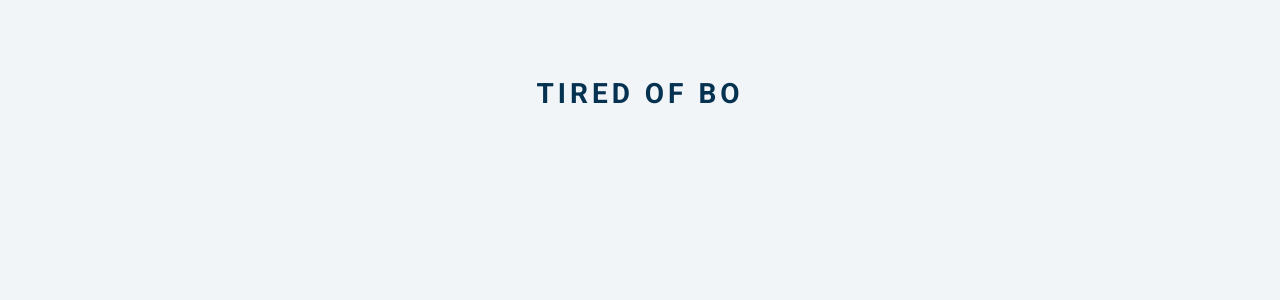
Repository: spidero7/Lorem-Ipsum-Generator
Page: index.html
An editor plug-in stored every save of this project. The page is shown before and after the next save, followed by the edit.
The browser window is 1280 px wide. The pictures show the whole page.

Above is the page before, as saved 2021-10-21 07:08:35.

### index.html
<!DOCTYPE html>
<html lang="en">
  <head>
    <meta charset="UTF-8" />
    <meta name="viewport" content="width=device-width, initial-scale=1.0" />
    <title>Lorem Ipsum</title>

    <!-- styles -->
    <link rel="stylesheet" href="styles.css" />
  </head>
  <body>
    <section class="section-center">
      <h3>tired of bo</h3>
    </section>
    <!-- javascript -->
    <script src="app.js"></script>
  </body>
</html>

### styles.css
/*
===============
Fonts
===============
*/
@import url("https://fonts.googleapis.com/css?family=Open+Sans|Roboto:400,700&display=swap");

/*
===============
Variables
===============
*/

:root {
  /* dark shades of primary color*/
  --clr-primary-1: hsl(205, 86%, 17%);
  --clr-primary-2: hsl(205, 77%, 27%);
  --clr-primary-3: hsl(205, 72%, 37%);
  --clr-primary-4: hsl(205, 63%, 48%);
  /* primary/main color */
  --clr-primary-5: #49a6e9;
  /* lighter shades of primary color */
  --clr-primary-6: hsl(205, 89%, 70%);
  --clr-primary-7: hsl(205, 90%, 76%);
  --clr-primary-8: hsl(205, 86%, 81%);
  --clr-primary-9: hsl(205, 90%, 88%);
  --clr-primary-10: hsl(205, 100%, 96%);
  /* darkest grey - used for headings */
  --clr-grey-1: hsl(209, 61%, 16%);
  --clr-grey-2: hsl(211, 39%, 23%);
  --clr-grey-3: hsl(209, 34%, 30%);
  --clr-grey-4: hsl(209, 28%, 39%);
  /* grey used for paragraphs */
  --clr-grey-5: hsl(210, 22%, 49%);
  --clr-grey-6: hsl(209, 23%, 60%);
  --clr-grey-7: hsl(211, 27%, 70%);
  --clr-grey-8: hsl(210, 31%, 80%);
  --clr-grey-9: hsl(212, 33%, 89%);
  --clr-grey-10: hsl(210, 36%, 96%);
  --clr-white: #fff;
  --clr-red-dark: hsl(360, 67%, 44%);
  --clr-red-light: hsl(360, 71%, 66%);
  --clr-green-dark: hsl(125, 67%, 44%);
  --clr-green-light: hsl(125, 71%, 66%);
  --clr-black: #222;
  --ff-primary: "Roboto", sans-serif;
  --ff-secondary: "Open Sans", sans-serif;
  --transition: all 0.3s linear;
  --spacing: 0.25rem;
  --radius: 0.5rem;
  --light-shadow: 0 5px 15px rgba(0, 0, 0, 0.1);
  --dark-shadow: 0 5px 15px rgba(0, 0, 0, 0.2);
  --max-width: 1170px;
  --fixed-width: 620px;
}
/*
===============
Global Styles
===============
*/

*,
::after,
::before {
  margin: 0;
  padding: 0;
  box-sizing: border-box;
}
body {
  font-family: var(--ff-secondary);
  background: var(--clr-grey-10);
  color: var(--clr-grey-1);
  line-height: 1.5;
  font-size: 0.875rem;
}
ul {
  list-style-type: none;
}
a {
  text-decoration: none;
}
img:not(.logo) {
  width: 100%;
}
img {
  display: block;
}

h1,
h2,
h3,
h4 {
  letter-spacing: var(--spacing);
  text-transform: capitalize;
  line-height: 1.25;
  margin-bottom: 0.75rem;
  font-family: var(--ff-primary);
}
h1 {
  font-size: 3rem;
}
h2 {
  font-size: 2rem;
}
h3 {
  font-size: 1.25rem;
}
h4 {
  font-size: 0.875rem;
}
p {
  margin-bottom: 1.25rem;
  color: var(--clr-grey-5);
}
@media screen and (min-width: 800px) {
  h1 {
    font-size: 4rem;
  }
  h2 {
    font-size: 2.5rem;
  }
  h3 {
    font-size: 1.75rem;
  }
  h4 {
    font-size: 1rem;
  }
  body {
    font-size: 1rem;
  }
  h1,
  h2,
  h3,
  h4 {
    line-height: 1;
  }
}
/*  global classes */

.btn {
  text-transform: uppercase;
  background: var(--clr-primary-5);
  color: var(--clr-primary-1);
  padding: 0.375rem 0.75rem;
  letter-spacing: 1px;
  display: inline-block;
  transition: var(--transition);
  font-size: 0.875rem;
  border: 2px solid var(--clr-primary-5);
  cursor: pointer;
  box-shadow: 0 1px 3px rgba(0, 0, 0, 0.2);
  border-radius: var(--radius);
}
.btn:hover {
  color: var(--clr-primary-5);
  background: var(--clr-primary-8);
  border-color: var(--clr-primary-8);
}
/* section */
.section {
  padding: 5rem 0;
}

.section-center {
  width: 90vw;
  margin: 0 auto;
  max-width: 40rem;
  margin-top: 5rem;
  text-align: center;
}
@media screen and (min-width: 992px) {
  .section-center {
    width: 95vw;
  }
}
main {
  min-height: 100vh;
  display: grid;
  place-items: center;
}
/*
===============
Lorem Ipsum
===============
*/
h3 {
  text-transform: uppercase;
  color: var(--clr-primary-1);
}
.lorem-form {
  text-transform: capitalize;
  letter-spacing: var(--spacing);
  margin-top: 2rem;
  margin-bottom: 4rem;
  display: flex;
  justify-content: center;
  align-items: center;
}
label {
  font-size: 1.25rem;
  color: var(--clr-primary-1);
}
input {
  padding: 0.25rem 0.5rem;

  width: 4rem;
  border-radius: var(--radius);
  border: none;
  margin: 0 0.5rem;
  font-size: 1.25rem;
}
button {
  background: var(--clr-primary-10);
}
.result {
  margin-bottom: 2rem;
}

Loaded but not shown: app.js (library)

After the next save:
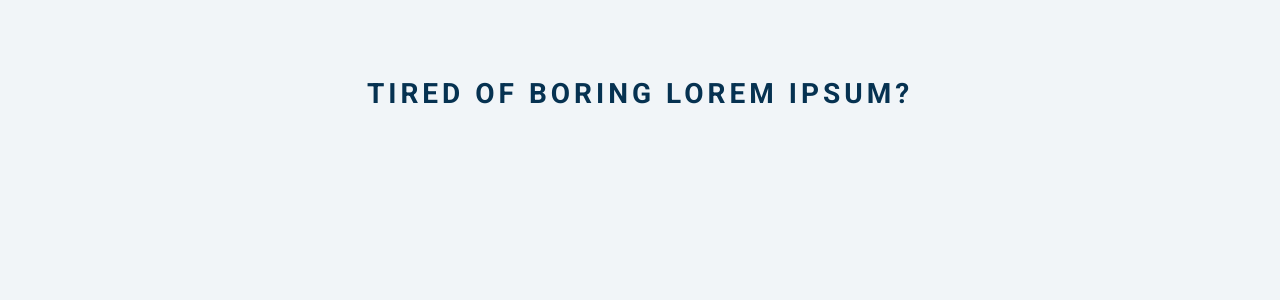
Saved 6 s later.
--- a/index.html
+++ b/index.html
@@ -10,7 +10,7 @@
   </head>
   <body>
     <section class="section-center">
-      <h3>tired of bo</h3>
+      <h3>tired of boring lorem ipsum?</h3>
     </section>
     <!-- javascript -->
     <script src="app.js"></script>
